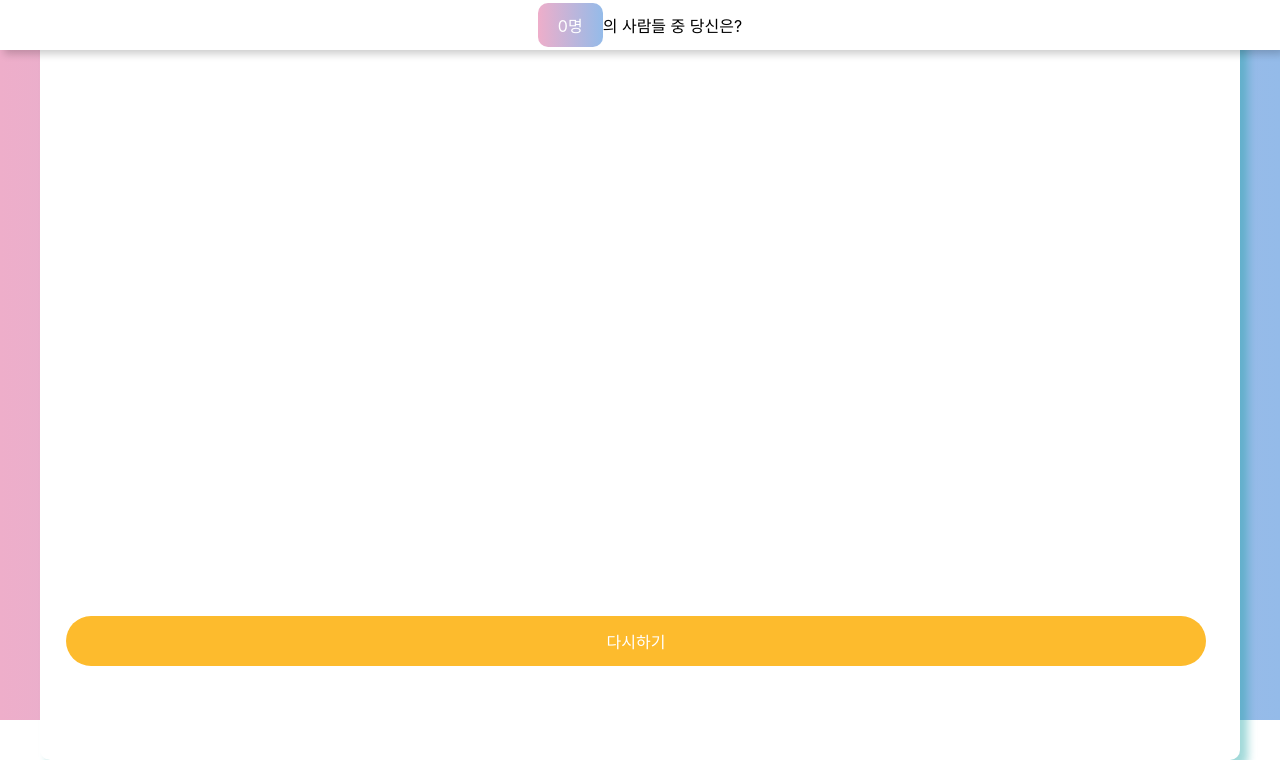
Repository: dnjfht/quiz3
Page: /ranking
The author's editor kept a copy of each file at every save. The page is drawn from the files as they stood at one save, then again after the next save.
The browser window is 1280 px wide. The pictures show the whole page.
The page's requests for data from a server got no answer. The project was rebuilt for these pictures with package versions that can differ from the ones it lists, and the page was loaded fresh each time. No one was signed in, and anything a server would have sent is missing. Also part of the build but not shown: src/components/Start.js, src/components/Progress.js, src/components/Quiz.js, src/components/Score.js, src/components/Message.js, src/components/NotPage.js.

Above is the page before, as saved 2023-04-15 23:08:53.

After the next save:
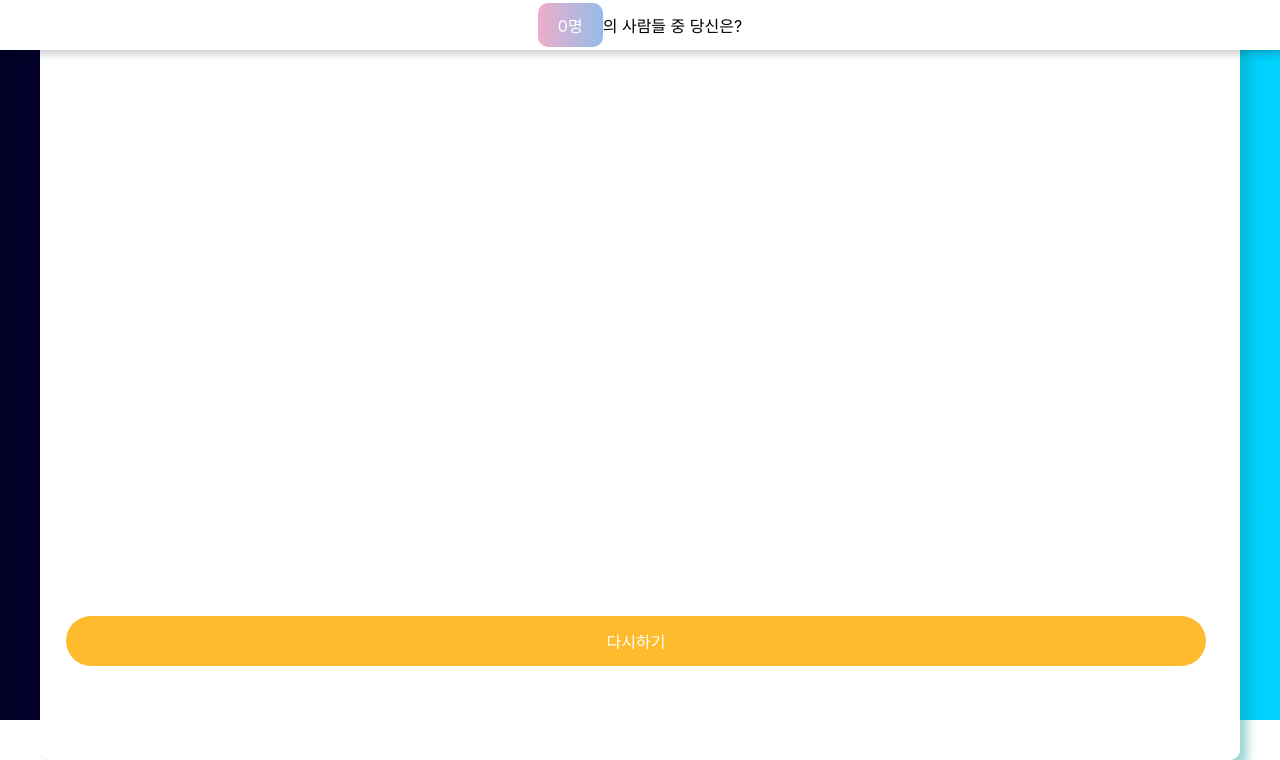
Saved 2 min 20 s later.
--- a/src/App.js
+++ b/src/App.js
@@ -4,11 +4,12 @@ import Router from "./shared/Router";
 const Wrap = styled.div`
   width: 100%;
   height: 100vh;
-  background: rgb(238, 174, 202);
+  background: rgb(2, 0, 36);
   background: linear-gradient(
     90deg,
-    rgba(238, 174, 202, 1) 0%,
-    rgba(148, 187, 233, 1) 100%
+    rgba(2, 0, 36, 1) 0%,
+    rgba(9, 9, 121, 1) 35%,
+    rgba(0, 212, 255, 1) 100%
   );
 
   position: relative;
